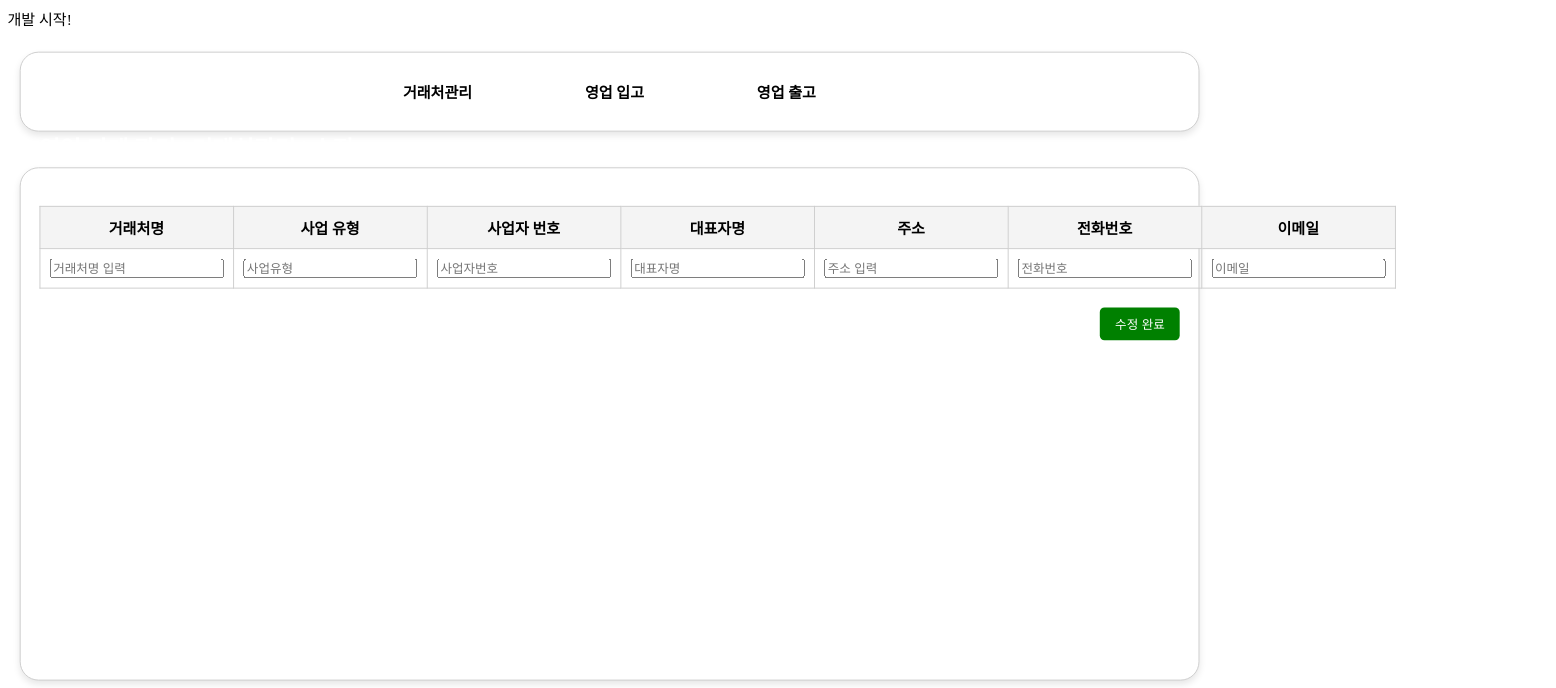
Repository: ModuERP-E3I3/moduerp
Page: http://localhost/moduerp/WEB-INF/views/account/accountDetailUpdate.jsp
An editor plug-in stored every save of this project. The page is shown before and after the next save, followed by the edit.
The browser window is 1280 px wide. The page is 1485 px wide, then 1655 px, so the pictures cover 1655 px, including what lies to the right of the window. The pictures show the whole page, at 94% of full size.
The page is served by Tomcat 9. Nobody is signed in. Other server files are loaded and not shown. The template is opened directly, without the code that normally fills it, so the values that code supplies are empty.

Above is the page before, as saved 2024-09-27 06:27:16.

### moduerp/src/main/webapp/WEB-INF/views/account/accountDetailUpdate.jsp
<%@ page language="java" contentType="text/html; charset=UTF-8"
	pageEncoding="UTF-8"%>
<%@ taglib prefix="c" uri="http://java.sun.com/jsp/jstl/core"%>

<!DOCTYPE html>
<html>
<head>
<meta charset="UTF-8">
<title>erpMain</title>

<style type="text/css">
.top-content-box {
	width: 96%; /* 화면에 가득 차지 않게 */
	height: 6vh;
	background-color: white;
	margin-left: 1%;
	margin-right: 5%;
	margin-top: 1.8%;
	border: 1px solid #ccc;
	border-radius: 20px; /* 박스 둥글게 */
	box-shadow: 0 4px 8px rgba(0, 0, 0, 0.1); /* 그림자 효과 */
	display: flex;
	justify-content: center; /* 수평 중앙 정렬 */
	align-items: center; /* 수직 중앙 정렬 */
	padding: 20px;
	font-size: 30px;
	font-weight: bold;
}
/* ul의 기본 스타일 제거 */
#menubar {
	list-style: none; /* 기본 list-style 없애기 */
	padding: 0;
	margin: 0;
	display: flex; /* li를 가로로 배치하기 위해 flexbox 사용 */
	justify-content: center;
	align-items: center;
}

#menubar li {
	margin: 0 40px; /* li 간의 간격 추가 */
}

#menubar li a {
	color: black;
	text-decoration: none;
	font-size: 16px;
	display: block;
	padding: 10px 20px;
	transition: background 0.3s ease;
}

#menubar li a:hover {
	background-color: #f4f4f4;
	border-radius: 10px; /* 호버 시 살짝 둥근 배경 */
}

/* 하얀 박스 스타일 */
.content-box {
	width: 96%; /* 화면에 가득 차지 않게 */
	height: 70vh; /* 화면 높이의 78% */
	background-color: white;
	margin-left: 1%;
	margin-right: 5%;
	margin-top: 3%;
	border: 1px solid #ccc;
	border-radius: 20px; /* 박스 둥글게 */
	box-shadow: 0 4px 8px rgba(0, 0, 0, 0.1); /* 그림자 효과 */
	position: relative;
	padding: 20px; /* 내부 여백 추가 */
}

/* 제목 스타일 */
.content-title {
	position: absolute;
	top: -40px;
	left: 20px;
	font-size: 24px;
	color: white;
	font-weight: bold;
}

/* 테이블 스타일 */
table {
	width: 100%;
	border-collapse: collapse;
	margin-top: 20px;
}

th, td {
	border: 1px solid #ccc;
	padding: 10px;
	text-align: center;
}

th {
	background-color: #f4f4f4;
	font-weight: bold;
}

/* 버튼 스타일 */
.btn-group {
	margin-top: 20px;
	text-align: right;
}

.btn {
	padding: 8px 16px;
	margin-left: 5px;
	border: none;
	border-radius: 5px;
	cursor: pointer;
}

.btn.red {
	background-color: red;
	color: white;
}

.btn.green {
	background-color: green;
	color: white;
}

.btn.blue {
	background-color: blue;
	color: white;
}

.filter-box {
	margin-bottom: 20px;
}

.filter-box input, .filter-box select {
	padding: 8px;
	margin-right: 10px;
	border: 1px solid #ccc;
	border-radius: 5px;
}

.filter-box input[type="date"] {
	width: 160px;
}

.top-content-box {
	background-color: white;
}

#pagebutton {
	display: flex;
	justify-content: center;
	margin-top: 2%; /* 위쪽 여백 추가 */
}

#pagebutton a {
	color: black; /* 글자 색상 검은색 */
	text-decoration: none; /* 밑줄 제거 */
	font-size: 20px; /* 글자 크기 증가 */
	margin: 0 10px; /* 페이지 버튼 간격 조정 */
}

#pagebutton strong {
	font-size: 20px; /* 현재 페이지 강조 글자 크기 증가 */
	color: black; /* 강조 색상 검은색 유지 */
}

tbody tr:hover {
	cursor: pointer;
}
</style>

</head>

<body>
	<!-- 서브헤더 JSP 임포트 -->
	<c:import url="/WEB-INF/views/common/erpMenubar.jsp" />

	<!-- 상단 메뉴바 -->
	<div class="top-content-box">
		<ul id="menubar">
			<li><a href="account.do"><i class="fas fa-building"></i>
					거래처관리</a></li>
			<li><a href="salesStockIn.do"><i
					class="fas fa-truck-loading"></i> 영업 입고</a></li>
			<li><a href="salesStockOut.do"><i
					class="fas fa-shipping-fast"></i> 영업 출고</a></li>
		</ul>
	</div>

	<div class="content-box">
		<div class="content-title">영업/판매 관리 | 거래처관리 |
			${accountDetail.accountName} 수정</div>

		<form action="/moduerp/updateAccount.do" method="POST">
			<input type="hidden" name="accountNo"
				value="${accountDetail.accountNo}" />

			<!-- 테이블 -->
			<table>
				<thead>
					<tr>
						<th>거래처명</th>
						<th>사업 유형</th>
						<th>사업자 번호</th>
						<th>대표자명</th>
						<th>주소</th>
						<th>전화번호</th>
						<th>이메일</th>
					</tr>
				</thead>
				<tbody>
					<tr>
						<td><input type="text" name="accountName"
							placeholder="거래처명 입력" value="${accountDetail.accountName}"
							required /></td>
						<td><input type="text" name="businessType" placeholder="사업유형"
							value="${accountDetail.businessType}" required /></td>
						<td><input type="text" name="businessNumber"
							placeholder="사업자번호" value="${accountDetail.businessNumber}"
							required /></td>
						<td><input type="text" name="bossName" placeholder="대표자명"
							value="${accountDetail.bossName}" required /></td>
						<td><input type="text" name="accountAddress"
							placeholder="주소 입력" value="${accountDetail.accountAddress}"
							required /></td>
						<td><input type="text" name="accountPhone" placeholder="전화번호"
							value="${accountDetail.accountPhone}" required /></td>
						<td><input type="text" name="email" placeholder="이메일"
							value="${accountDetail.email}" required /></td>
					</tr>
				</tbody>
			</table>

			<div class="btn-group">
				<button type="submit" class="btn green">수정 완료</button>
			</div>
		</form>
	</div>
</body>

<script>
    const activeMenu = "account";

    document.addEventListener('DOMContentLoaded', function() {
        const menuItems = document.querySelectorAll('nav.side ul li a');
        menuItems.forEach(item => {
            if (item.href.includes(activeMenu)) {
                item.classList.add('active');
            }
        });
    });
</script>


</html>

### moduerp/src/main/webapp/WEB-INF/views/common/erpMenubar.jsp
<%@ page language="java" contentType="text/html; charset=UTF-8"
    pageEncoding="UTF-8"%>
<!DOCTYPE html>
<html>
<head>
<meta charset="UTF-8">
<title>Insert title here</title>
</head>
<body>
개발 시작!
</body>
</html>

After the next save:
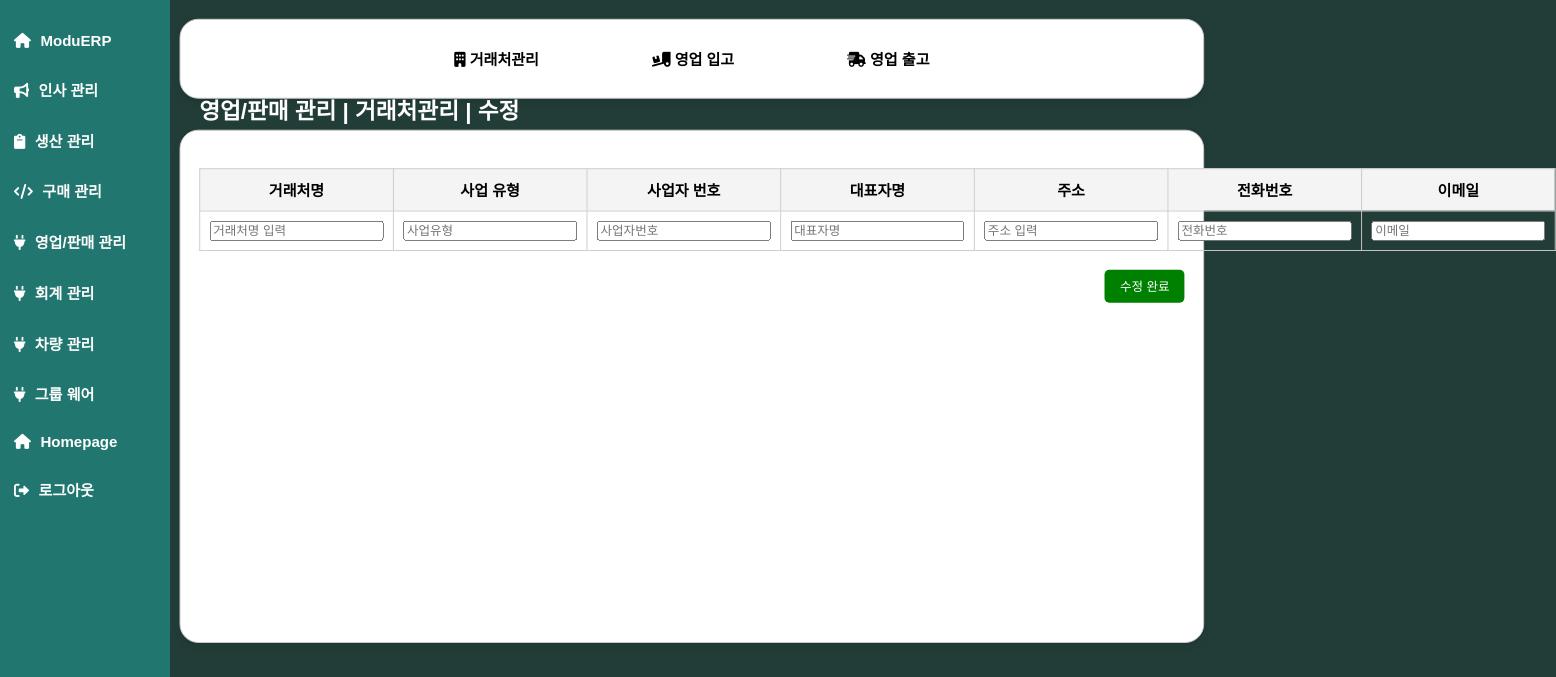
Saved 33 s later.
--- a/moduerp/src/main/webapp/WEB-INF/views/common/erpMenubar.jsp
+++ b/moduerp/src/main/webapp/WEB-INF/views/common/erpMenubar.jsp
@@ -1,12 +1,102 @@
-<%@ page language="java" contentType="text/html; charset=UTF-8"
-    pageEncoding="UTF-8"%>
+<%@ page language="java" contentType="text/html; charset=UTF-8" pageEncoding="UTF-8"%>
+<%@ taglib prefix="c" uri="http://java.sun.com/jsp/jstl/core" %>
 <!DOCTYPE html>
 <html>
 <head>
 <meta charset="UTF-8">
-<title>Insert title here</title>
+<title>Navigation Menu</title>
+
+
+<style type="text/css">
+
+body {
+    margin-left: 180px; /* 왼쪽 사이드바 공간 확보 */
+    font-family: 'Arial', sans-serif;
+    background-color: #223D38 ;
+}
+
+/* 왼쪽 사이드바 */
+nav.side {
+	font-weight: bold;
+    width: 180px;
+    height: 100vh;
+    position: fixed;
+    top: 0;
+    left: 0;
+    background-color: #217770 ; /* 기본 색상 */
+    display: flex;
+    flex-direction: column;
+    justify-content: space-between;
+    padding-top: 20px;
+}
+
+nav.side ul {
+    list-style: none;
+    padding: 0;
+    margin: 0;
+    width: 100%;
+}
+
+nav.side ul li {
+    width: 100%;
+}
+
+nav.side ul li a {
+    display: block;
+    color: white;
+    text-decoration: none;
+    padding: 15px;
+    transition: background-color 0.3s ease;
+    font-size: 16px;
+    text-align: left;
+}
+
+nav.side ul li a:hover {
+    background-color: #223D38 ; /* 호버 시 색상 */
+    border-radius: 10%;
+}
+
+nav.side ul li a i {
+    margin-right: 10px; /* 아이콘과 텍스트 간격 */
+}
+
+
+/* 메인 콘텐츠 */
+.main-content {
+    padding: 20px;
+    margin-left: 200px; /* 사이드바 공간만큼 확보 */
+}
+
+</style>
+
+
+
+
+
+<!-- Font Awesome for icons -->
+<link rel="stylesheet" href="https://cdnjs.cloudflare.com/ajax/libs/font-awesome/6.0.0-beta3/css/all.min.css">
+
 </head>
 <body>
-개발 시작!
+
+<!-- 왼쪽 사이드바 -->
+<nav class="side">
+    <ul>
+        <li><a href="erpmain.do"><i class="fas fa-home"></i>ModuERP</a></li>
+        <li><a href="nlist.do"><i class="fas fa-bullhorn"></i>인사 관리</a></li>
+        <li><a href="blist.do"><i class="fas fa-clipboard"></i>생산 관리</a></li>
+        <li><a href="moveAjax.do"><i class="fas fa-code"></i>구매 관리</a></li>
+        <li><a href="moveApi.do"><i class="fas fa-plug"></i>영업/판매 관리</a></li>
+        <li><a href="moveApi.do"><i class="fas fa-plug"></i>회계 관리</a></li>
+        <li><a href="moveApi.do"><i class="fas fa-plug"></i>차량 관리</a></li>
+        <li><a href="moveApi.do"><i class="fas fa-plug"></i>그룹 웨어</a></li>
+        <li><a href="main.do"><i class="fas fa-home"></i>Homepage</a></li>
+		<li><a href="logout.do"><i class="fas fa-sign-out-alt"></i>로그아웃</a></li>
+    </ul>
+
+</nav>
+
+
+
 </body>
 </html>
